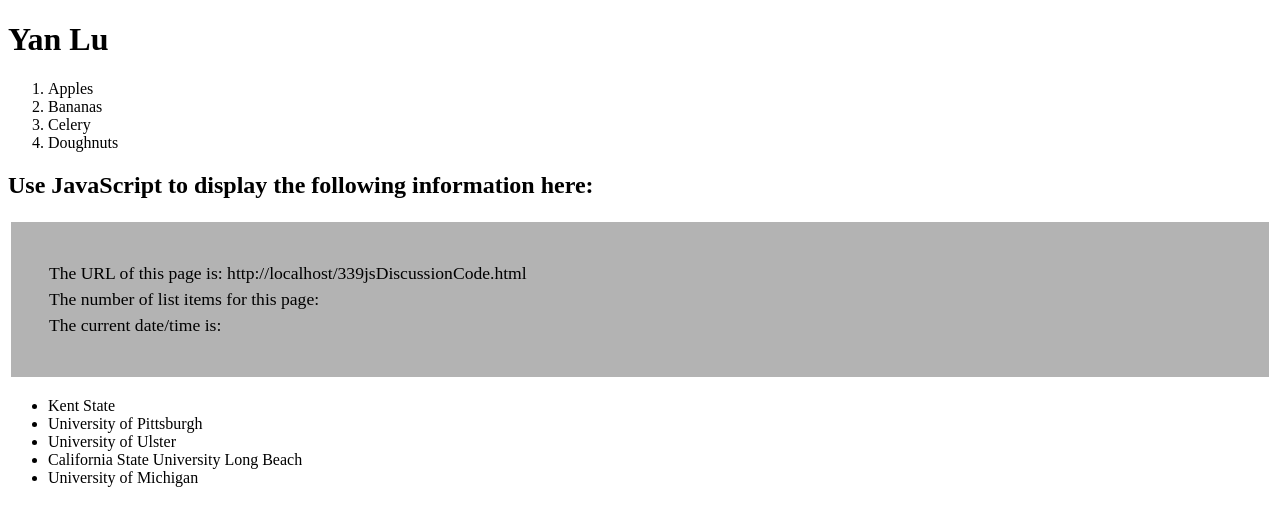
Repository: lulyany/discussionwk10
Page: 339jsDiscussionCode.html
The author's editor kept a copy of each file at every save. The page is drawn from the files as they stood at one save, then again after a run of saves.
The browser window is 1280 px wide. The pictures show the whole page.

Above is the page before, as saved 2023-11-01 20:34:31.
Console error: ReferenceError: querySelectorAll is not defined

### 339jsDiscussionCode.html
<!DOCTYPE html>
<html lang="en">
<head>
	<meta charset="UTF-8">
	<title>JavaScript Discussion</title>
	<style>
		p{
			background-color: #b3b3b3;
			border: 3px solid #FFFFFF;
			padding: 3%;
			font-size: 1.1em;
			line-height: 1.5;
		}
	</style>

	<script type="text/javascript">
	function displayInformation () {
		// Your code goes here.
		// Do not change any other code in this file
		// All of the steps below must be achieved using JavaScript!


		// 1. Change the h1 element to your name.

		document.querySelector("h1").textContent = "Yan Lu";


		// 2. Update the three span elements using ONLY JavaScript

		document.getElementById("URL").innerHTML += window.location.href;

		document.getElementById("items").innerHTML = querySelectorAll("li").length;

		document.querySelector("#items").innerHTML = document.querySelectorAll("li").length;

		document.getElementById("time").innerHTML = Date();




		// 3. Change the background color and margin for the entire page.



    }

    // 4. If someone uses the keyboard shortcut to copy the words "University of Michigan" then add the words "Go Blue" to the final div.
    // Each occurence should be on a separate line.  Don't use
    // paragraphs.

</script>

</head>
<body onload="displayInformation()">
	<h1>Your name goes here</h1>

	<ol>
		<li>Apples</li>
		<li>Bananas</li>
		<li>Celery</li>
		<li>Doughnuts</li>
	</ol>
	<h2>Use JavaScript to display the following information here:</h2>
	<p>
		The URL of this page is: <span id = "URL"></span><br/>
		The number of list items for this page: <span id = "items"></span><br/>
		The current date/time is: <span id = "time"></span><br/>
	</p>
	<ul>
		<li>Kent State</li>
		<li>University of Pittsburgh</li>
		<li>University of Ulster</li>
		<li>California State University Long Beach</li>
		<li oncopy="copyFunction()">University of Michigan</li>
	</ul>
	<div id="cheer">

	</div>

</body>
</html>

After the next 10 saves:
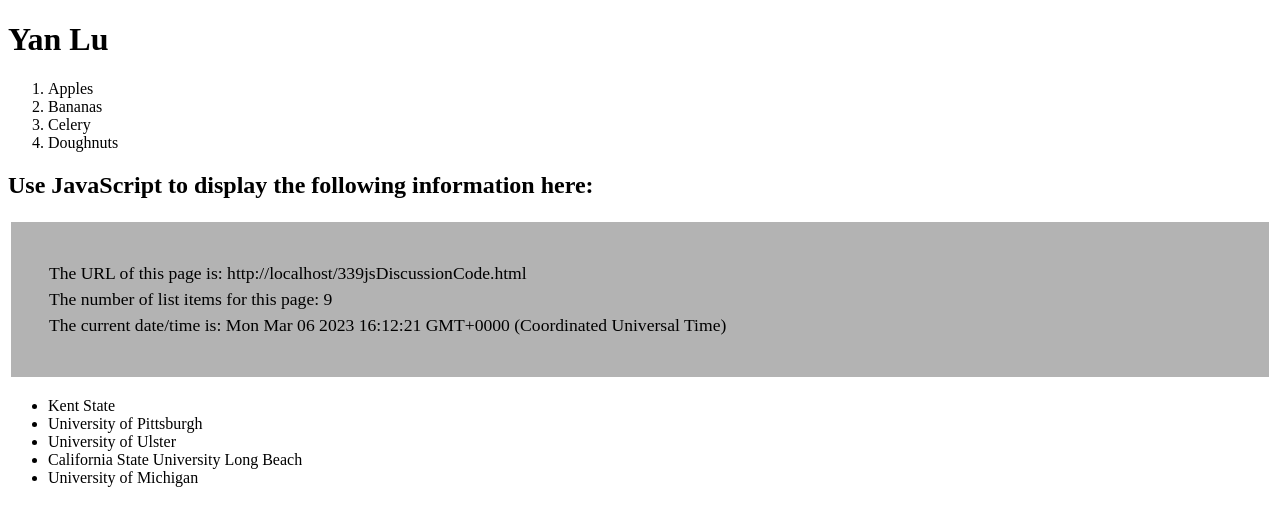
The error is gone.
The 10 saves are shown as one change because they came seconds apart.
The last was saved 18 s later.
--- a/339jsDiscussionCode.html
+++ b/339jsDiscussionCode.html
@@ -29,7 +29,7 @@
 
 		document.getElementById("URL").innerHTML += window.location.href;
 
-		document.getElementById("items").innerHTML = querySelectorAll("li").length;
+		document.getElementById("items").innerHTML = document.querySelectorAll("li").length;
 
 		document.querySelector("#items").innerHTML = document.querySelectorAll("li").length;
 
